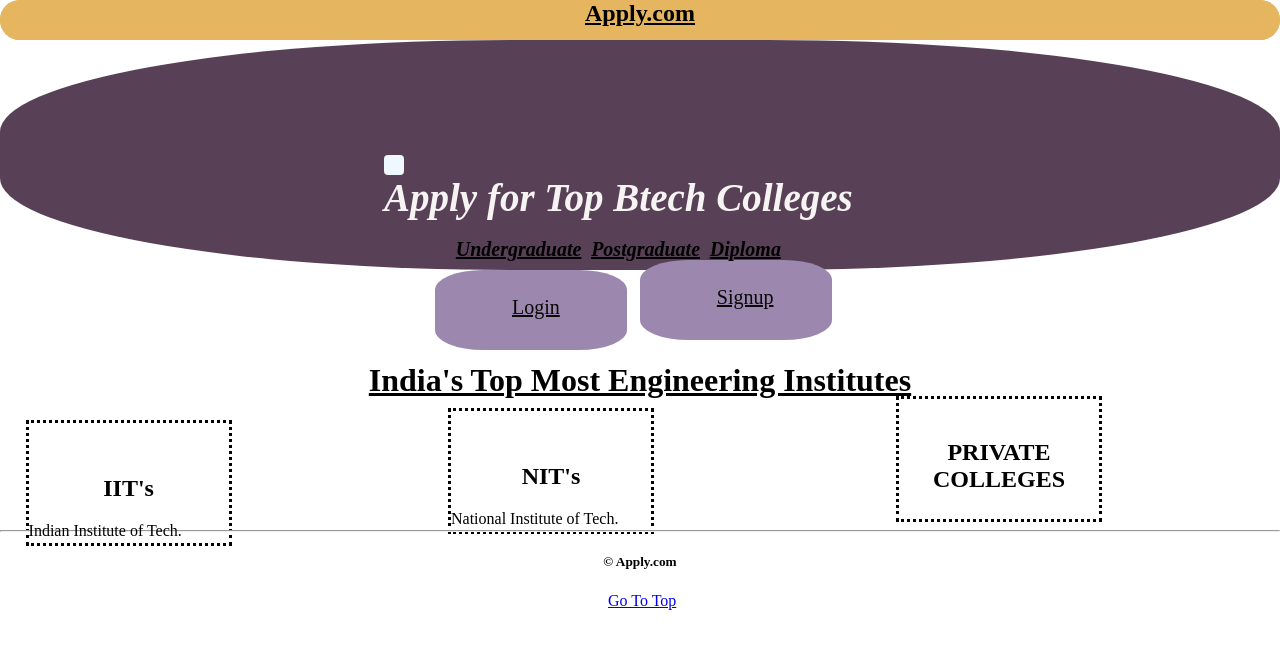
Repository: dashmeenkalra/dashmeen_kalra
Page: css/btech.html
The author's editor kept a copy of each file at every save. The page is drawn from the files as they stood at one save, then again after a run of saves.
The browser window is 1280 px wide. The pictures show the whole page.

Above is the page before, as saved 2023-03-07 10:03:47.

### css/btech.html
<html>
    <head>
        <link href="btech.css" rel="stylesheet"/>
        <title>
            Welcome to apply.com
        </title>
    </head>
    <body>
        <header>
            <header id="header">
            <h2>Apply.com</h2>
        </header>
        <div id="app">
            <div class="wri">
                <div id="ball">

                </div>
                Apply for Top Btech Colleges</br>
                <a href="" class="id">Undergraduate</a>
                <a href="" class="id">Postgraduate</a>
                <a href="" class="id">Diploma</a>
            </div>
        </div>
        <div class="log">
            <a href="" class="id1"> Login</a>
        </div>
        <div class="log1">
            <a href="" class="id1">Signup</a>
        </div>
        <h1>India's Top Most Engineering Institutes</h1>
        <div id="type">
        <h2>IIT's</h2>Indian Institute of Tech.
        </div>
        <div id="type1">
            <h2>NIT's</h2>National Institute of Tech.
        </div>
        <div id="type2">
            <h2>PRIVATE COLLEGES</h2>
        </div>
        <hr/>

        <h5> &copy; Apply.com</h5>
        <a href="#header" id="at" >Go To Top</a>
    </body>
</html>

### css/btech.css
body{
    margin:0px;
}
header{
    background-color: rgb(229, 182, 95);
    height: 40px;
    border-radius:20px;
}
header > h2{
    text-align: center;
    text-decoration:underline;
}
#app{
    background-color: rgb(88, 64, 87);
    height:230px;
    width:100%;
    border-radius:40%;
}
#ball{
    height: 20px;
    width: 20px;
    border-radius: 20%;
    background-color: aliceblue;
}
.wri{
    text-align: center;
    margin-left: 30%;
    font-weight: bolder;
    font-style: oblique;
    font-size: 39px;
    margin-top: 9%;
    position: absolute;
    color: rgb(246, 243, 243);

}
.id{
    font-size: 20px;
    color: black;
}
.log{
    background-color: rgb(156, 136, 174);
    height:80px;
    width:15%;
    margin-left:34%;
    border-radius:25%;
}
.id1{
    font-size: 20px;
    color: rgb(9, 8, 8);
    margin-left:6%;
    margin-top:2%;
    position: absolute;
}
.log1{
    background-color: rgb(156, 136, 174);
    height:80px;
    width:15%;
    margin-left:50%;
    border-radius:25%;
    margin-top: -7.01%;
}
h1{
    text-align: center;
    text-decoration: underline;
}
#type{
    border: dotted;
    height:120px;
    width: 200px;
    margin-left:2%;
}
#type > h2{
  text-align: center;
  margin-top: 26%;
}
#type1{
    border: dotted;
    height:120px;
    width: 200px;
    margin-left:35%;
    margin-top:-10.8%;
}
#type1 > h2{
    text-align: center;
    margin-top: 26%;
}
#type2{
    border: dotted;
    height:120px;
    width: 200px;
    margin-left:70%;
    margin-top:-10.8%;
}
#type2 > h2{
    text-align: center;
    margin-top: 20%;
}
h5{
    text-align: center;
}
#at{
    text-align: center;
    margin-left: 47.5%;
}

After the next 3 saves:
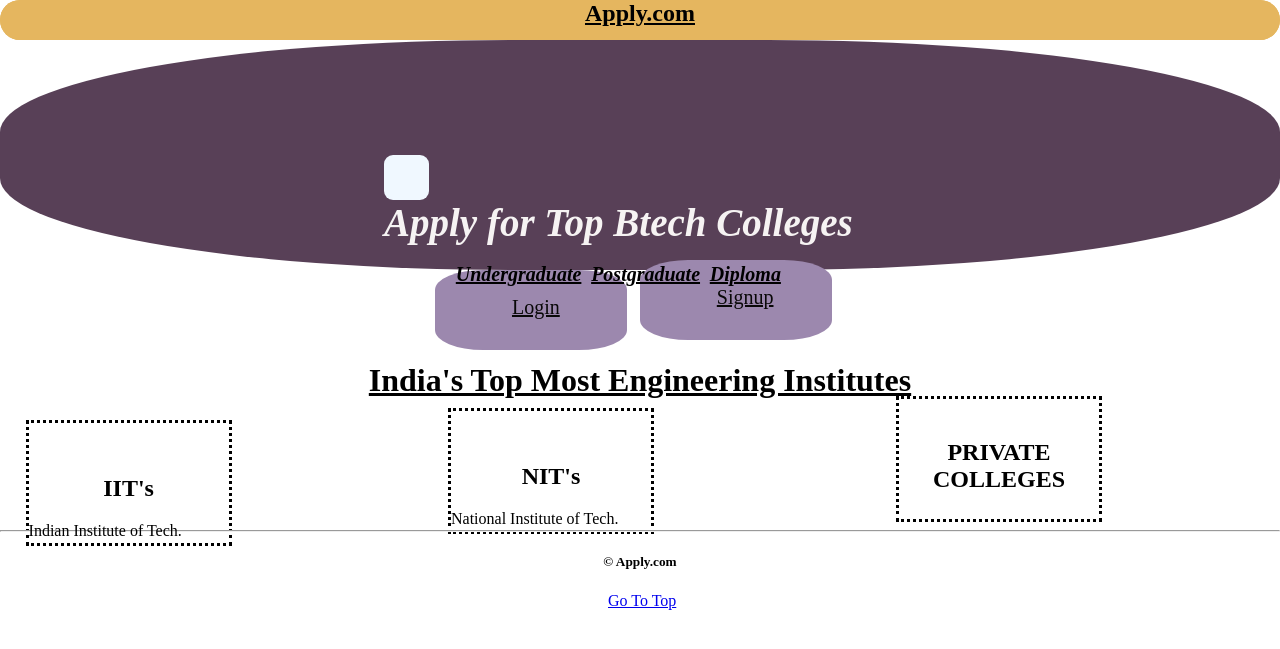
The 3 saves are shown as one change because they came seconds apart.
The last was saved 18 s later.
--- a/css/btech.css
+++ b/css/btech.css
@@ -17,8 +17,8 @@ header > h2{
     border-radius:40%;
 }
 #ball{
-    height: 20px;
-    width: 20px;
+    height: 45px;
+    width: 45px;
     border-radius: 20%;
     background-color: aliceblue;
 }
